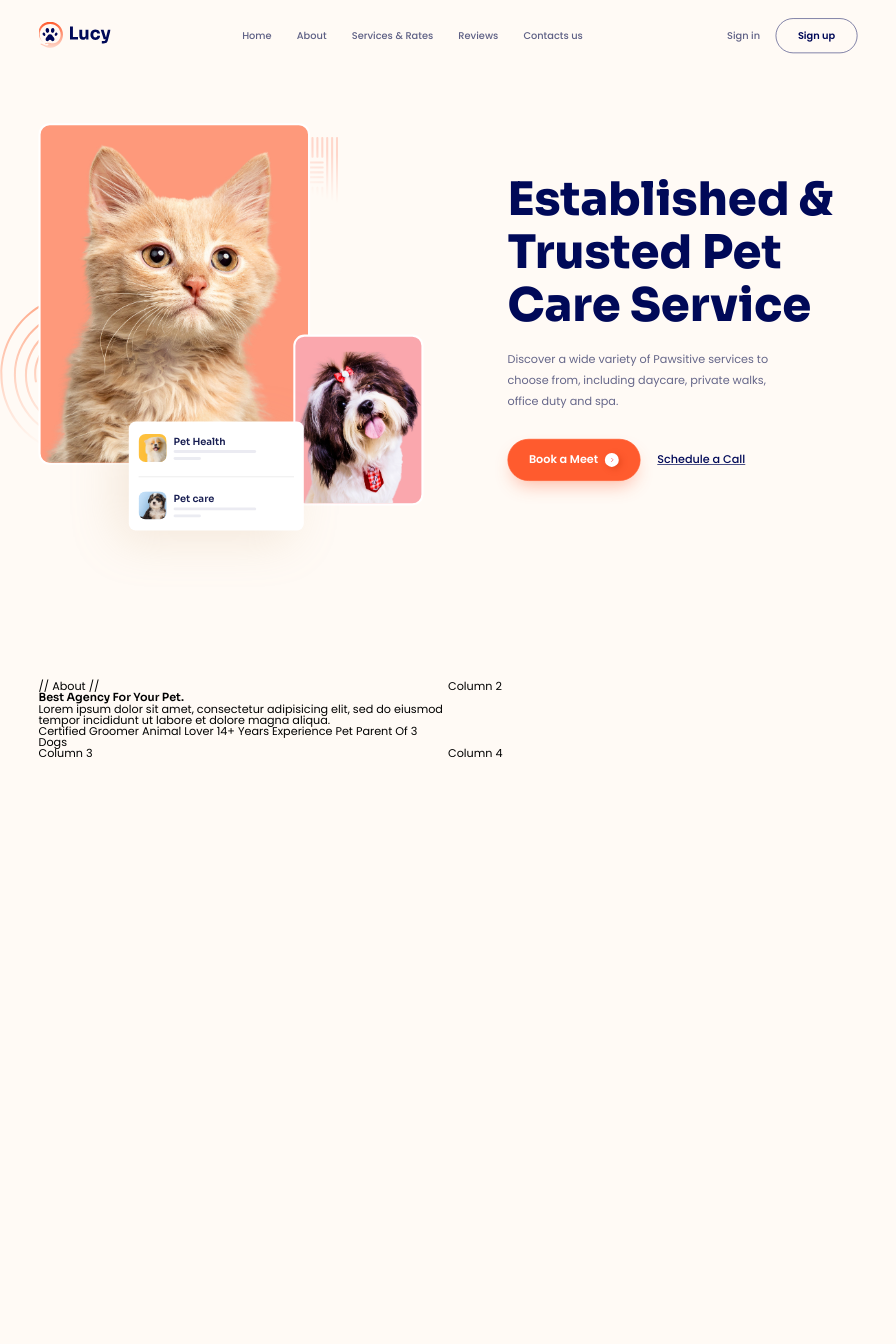
Repository: empty24062002/f8-project-05
Page: index.html
The author's editor kept a copy of each file at every save. The page is drawn from the files as they stood at one save, then again after the next save.
The browser window is 1280 px wide. The pictures show the part of the page from y = 0 to 1920 px (the page is 10965 px tall), at 70% of full size.

Above is the page before, as saved 2023-09-11 09:33:39.

After the next save:
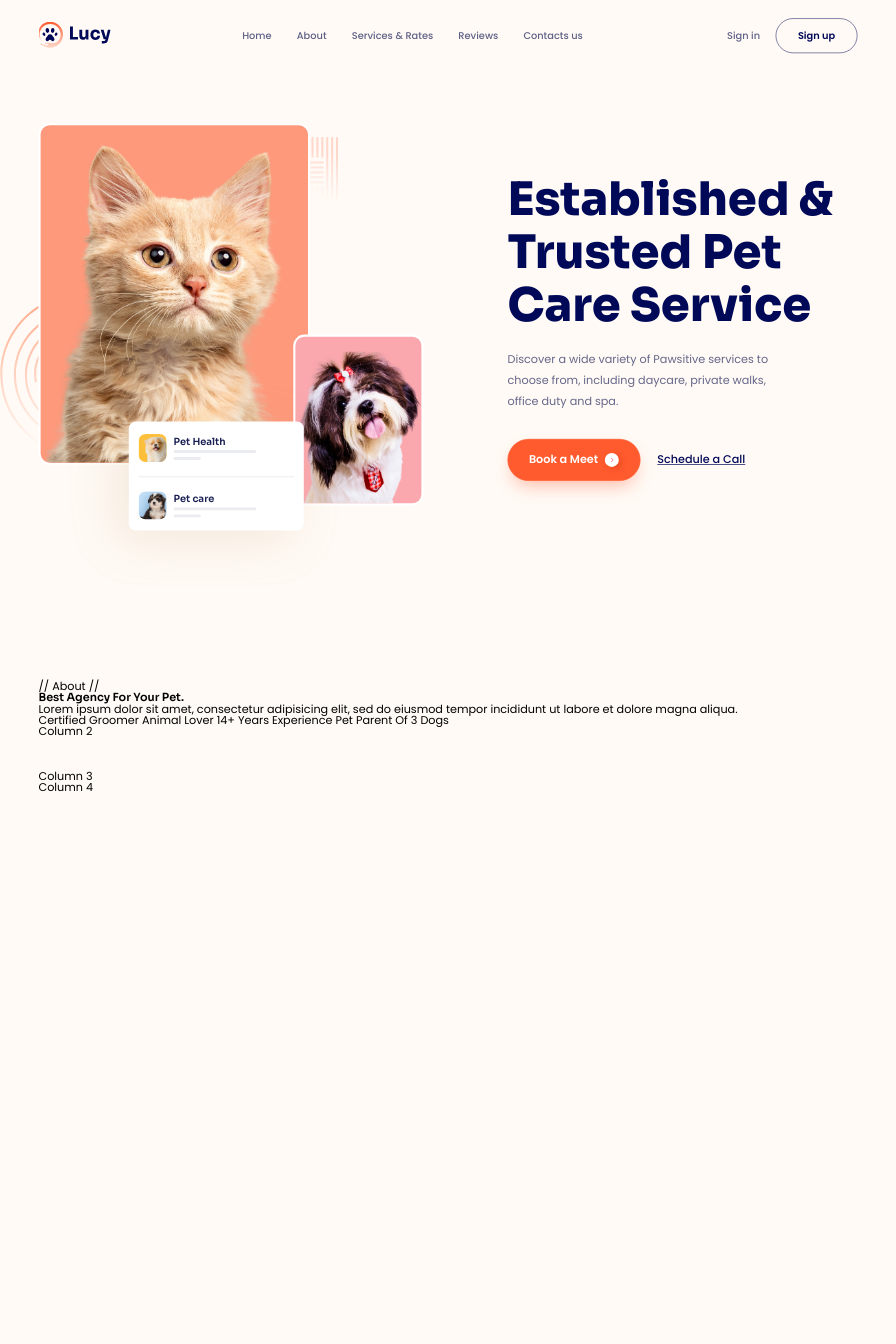
Saved 20 s later.
--- a/assets/css/styles.css
+++ b/assets/css/styles.css
@@ -283,5 +283,5 @@ a {
 
 .about__inner {
     display: grid;
-    grid-template-columns: 1fr 1fr;
-}
+    grid-template-rows: 1fr 1fr;
+}

After the save that followed:
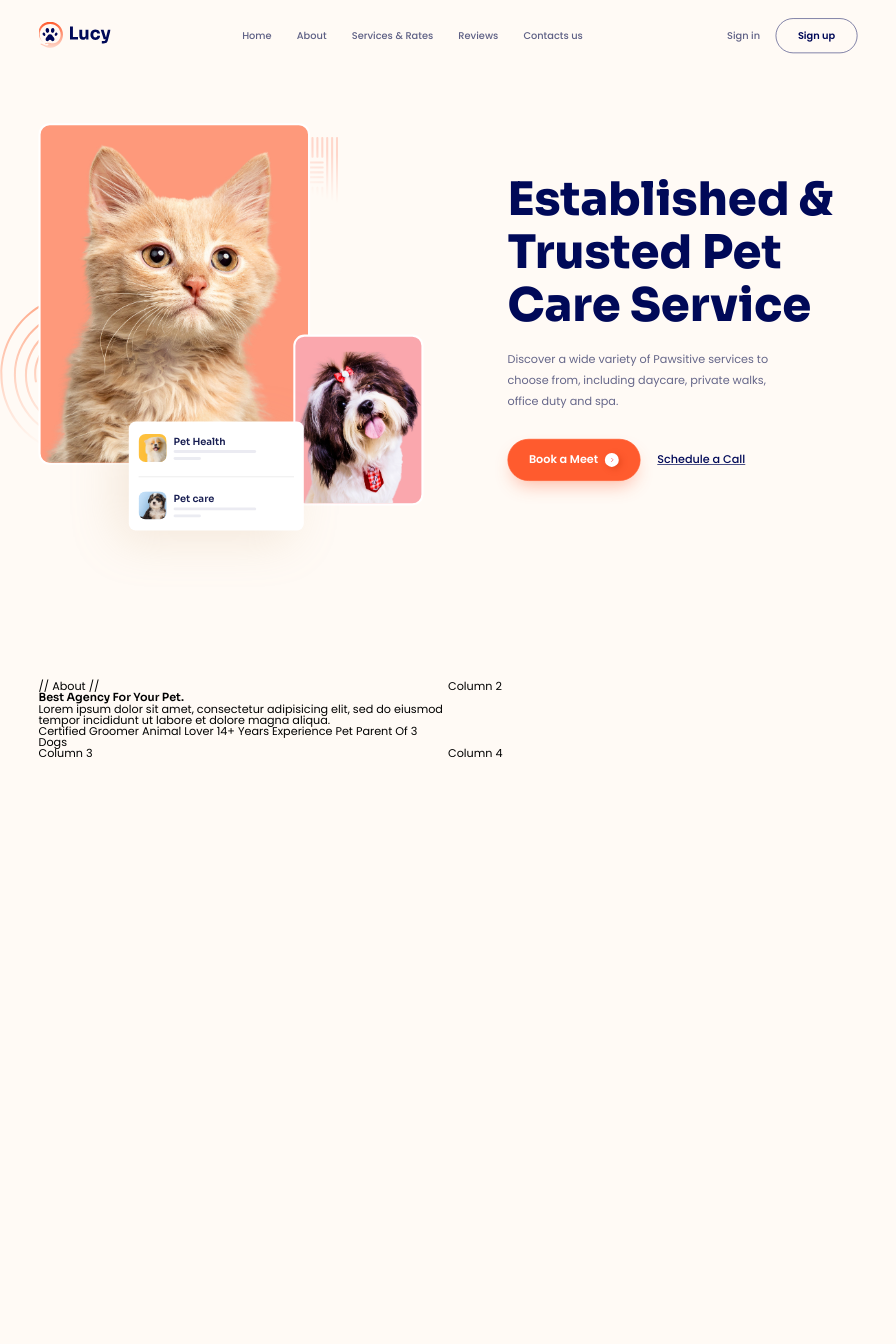
Saved 8 s later.
--- a/assets/css/styles.css
+++ b/assets/css/styles.css
@@ -283,5 +283,5 @@ a {
 
 .about__inner {
     display: grid;
-    grid-template-rows: 1fr 1fr;
-}
+    grid-template-columns: 1fr 1fr;
+}
